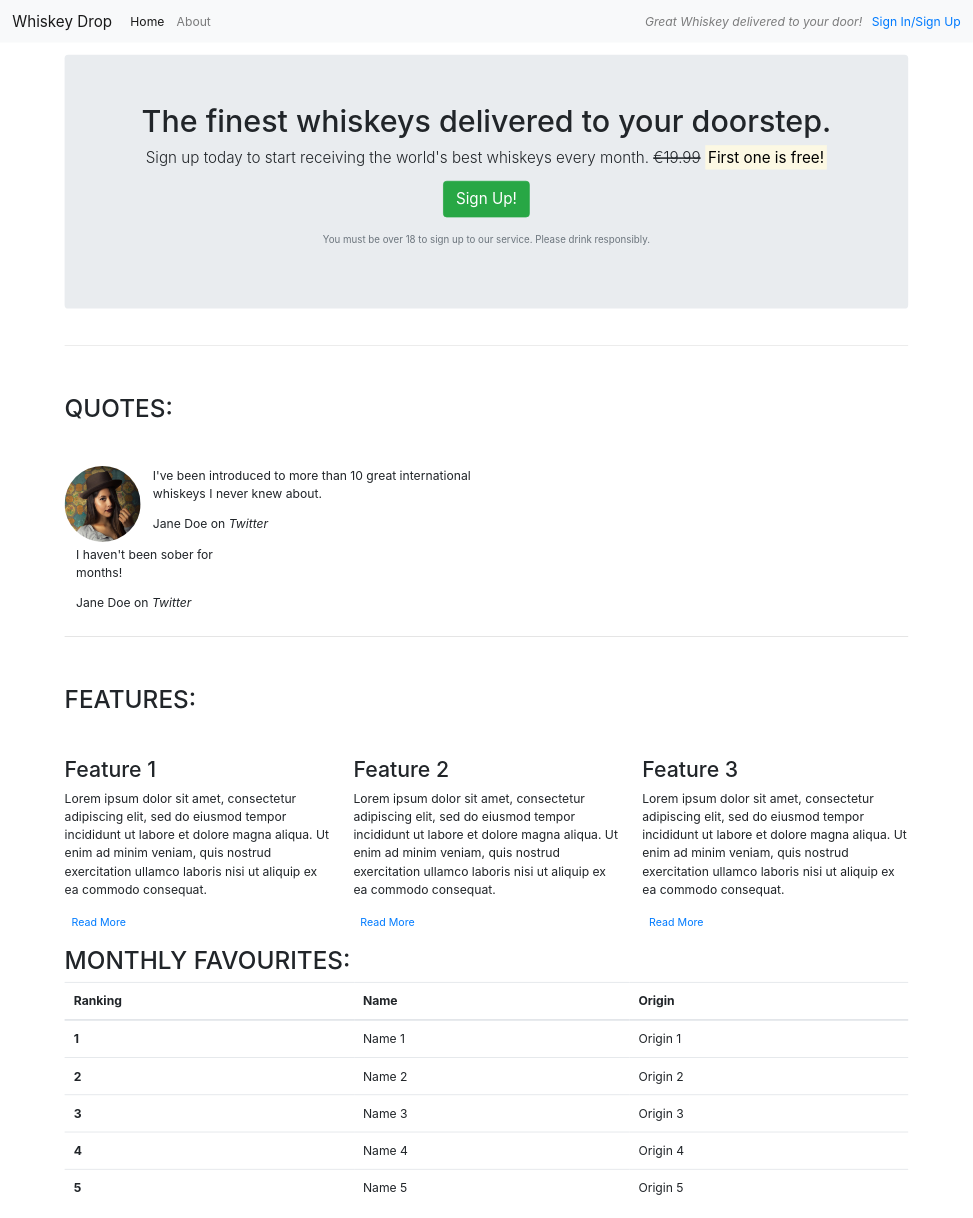
Repository: ElaineArchbold/bootstrap_landing_page1
Page: index.html
The author's editor kept a record of every edit. The page is drawn from the files as they stood at one moment, then again after the next edit.
The browser window is 1280 px wide. The pictures show the whole page, at 76% of full size.

Above is the page before.

After the next edit:
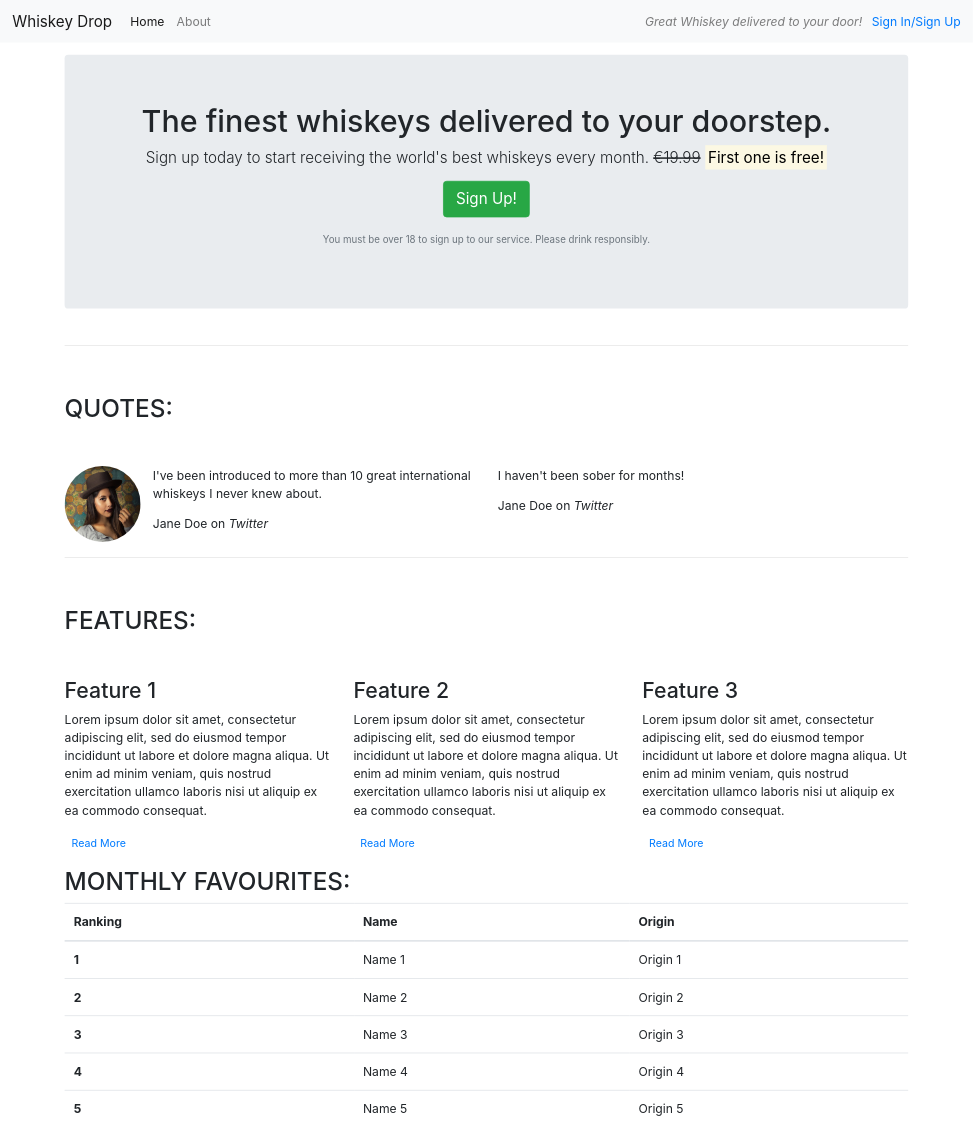
The edit:
--- a/index.html
+++ b/index.html
@@ -58,10 +58,11 @@
                     <div class="media">
                         <img src="images/girl-image.png" class="rounded-circle mr-3" height=100 width=100></img>
                         <div class="media-body">
-                        <blockquote class="quote">
-                            <p>I've been introduced to more than 10 great international whiskeys I never knew about.</p>
-                            <footer>Jane Doe on <cite title="Twitter">Twitter</cite></footer>
-                        </blockquote>
+                            <blockquote class="quote">
+                                <p>I've been introduced to more than 10 great international whiskeys I never knew about.</p>
+                                <footer>Jane Doe on <cite title="Twitter">Twitter</cite></footer>
+                            </blockquote>
+                        </div>
                     </div>
                 </div>
                 <div class="col-12 col-md-6">
